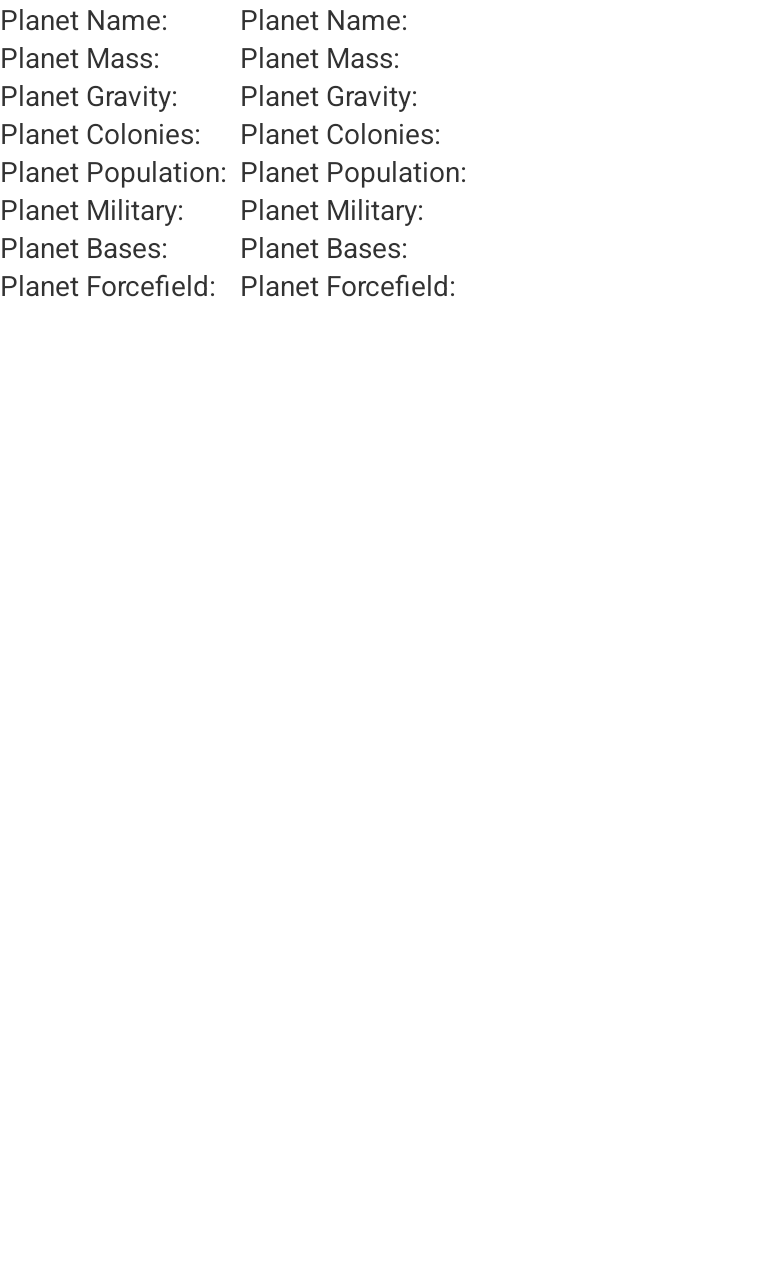
Repository: blender-head/android_basic
Layout: Hello_World/res/layout/activity_main.xml
An editor plug-in stored every save of this project. The layout is shown before and after the next save, followed by the edit.
It is drawn on a 768 x 1280 px phone screen (xhdpi) without system bars, with theme AppTheme; the app's code is not run. The app's manifest (not shown) leaves right-to-left support off. So textAlignment, textDirection and layoutDirection are ignored, and left and right values win over start and end ones.

Above is the layout before, as saved 2013-12-31 16:54:27.

### Hello_World/res/layout/activity_main.xml
<RelativeLayout xmlns:android="http://schemas.android.com/apk/res/android"
    xmlns:tools="http://schemas.android.com/tools"
    android:layout_width="match_parent"
    android:layout_height="match_parent"
    tools:context=".MainActivity" >

    <!-- Planet Name label -->
	<TextView
        android:id="@+id/textView1"
        android:layout_width="wrap_content"
        android:layout_height="wrap_content"
        android:text="@string/planet_name_label" />

	<!-- Planet Name data -->
	<TextView
        android:id="@+id/dataView1"
        android:layout_toRightOf="@+id/textView1"
        android:layout_marginLeft="36dip"
        android:layout_width="wrap_content"
        android:layout_height="wrap_content"
        android:text="@string/planet_name_label" />

	<!-- Planet Mass label -->
	<TextView
        android:id="@+id/textView2"
        android:layout_below="@+id/textView1"
        android:layout_width="wrap_content"
        android:layout_height="wrap_content"
        android:text="@string/planet_mass_label" />

	<!-- Planet Gravity label -->
	<TextView
        android:id="@+id/textView3"
        android:layout_below="@+id/textView2"
        android:layout_width="wrap_content"
        android:layout_height="wrap_content"
        android:text="@string/planet_gravity_label" />

	<!-- Planet Colonies label -->
	<TextView
        android:id="@+id/textView4"
        android:layout_below="@+id/textView3"
        android:layout_width="wrap_content"
        android:layout_height="wrap_content"
        android:text="@string/planet_colonies_label" />

	<!-- Planet Poulation label -->
	<TextView
        android:id="@+id/textView5"
        android:layout_below="@+id/textView4"
        android:layout_width="wrap_content"
        android:layout_height="wrap_content"
        android:text="@string/planet_population_label" />

	<!-- Planet Military label -->
	<TextView
        android:id="@+id/textView6"
        android:layout_below="@+id/textView5"
        android:layout_width="wrap_content"
        android:layout_height="wrap_content"
        android:text="@string/planet_military_label" />

	<!-- Planet Military data -->
	<TextView
        android:id="@+id/dataView6"
        android:layout_toRightOf="@+id/textView6"
        android:layout_alignStart="@+id/dataView1"
        android:layout_below="@+id/dataView5"
        android:layout_width="wrap_content"
        android:layout_height="wrap_content"
        android:text="@string/planet_military_label" />

	<!-- Planet Base label -->
	<TextView
        android:id="@+id/textView7"
        android:layout_below="@+id/textView6"
        android:layout_width="wrap_content"
        android:layout_height="wrap_content"
        android:text="@string/planet_bases_label" />

	<!-- Planet Base data -->
	<TextView
        android:id="@+id/dataView7"
        android:layout_toRightOf="@+id/textView7"
        android:layout_alignStart="@+id/dataView1"
        android:layout_below="@+id/dataView6"
        android:layout_width="wrap_content"
        android:layout_height="wrap_content"
        android:text="@string/planet_bases_label" />

	<!-- Planet Force Field label -->
	<TextView
        android:id="@+id/textView8"
        android:layout_below="@+id/textView7"
        android:layout_width="wrap_content"
        android:layout_height="wrap_content"
        android:text="@string/planet_forcefield_label" />

	<!-- Planet Force Field data -->
	<TextView
        android:id="@+id/dataView8"
        android:layout_toRightOf="@+id/textView8"
        android:layout_alignStart="@+id/dataView1"
        android:layout_below="@+id/dataView7"
        android:layout_width="wrap_content"
        android:layout_height="wrap_content"
        android:text="@string/planet_forcefield_label" />

	<!-- Planet Mass data -->
	<TextView
	    android:id="@+id/dataView2"
	    android:layout_width="wrap_content"
	    android:layout_height="wrap_content"
	    android:layout_alignBaseline="@+id/textView2"
	    android:layout_alignBottom="@+id/textView2"
	    android:layout_alignLeft="@+id/dataView1"
	    android:layout_alignStart="@+id/dataView1"
	    android:text="@string/planet_mass_label" />

	<!-- Planet Gravity data -->
	<TextView
	    android:id="@+id/dataView3"
	    android:layout_width="wrap_content"
	    android:layout_height="wrap_content"
	    android:layout_above="@+id/textView4"
	    android:layout_alignLeft="@+id/dataView2"
	    android:layout_alignStart="@+id/dataView1"
	    android:text="@string/planet_gravity_label" />

	<!-- Planet Colonies data -->
	<TextView
	    android:id="@+id/dataView4"
	    android:layout_width="wrap_content"
	    android:layout_height="wrap_content"
	    android:layout_alignBaseline="@+id/textView4"
	    android:layout_alignBottom="@+id/textView4"
	    android:layout_alignLeft="@+id/dataView3"
	    android:layout_alignStart="@+id/dataView1"
	    android:text="@string/planet_colonies_label" />

	<!-- Planet Population data -->
	<TextView
        android:id="@+id/dataView5"
        android:layout_toRightOf="@+id/textView5"
        android:layout_alignStart="@+id/dataView1"
        android:layout_below="@+id/dataView4"
        android:layout_width="wrap_content"
        android:layout_height="wrap_content"
        android:text="@string/planet_population_label" />

</RelativeLayout>

### Hello_World/res/values/strings.xml
<?xml version="1.0" encoding="utf-8"?>
<resources>

    <string name="app_name">Hello_World</string>
    <string name="action_settings">Settings</string>
    <string name="hello_world">Hello world!</string>

    <string name="planet_name_label">Planet Name: </string>
	<string name="planet_mass_label">Planet Mass: </string>
	<string name="planet_gravity_label">Planet Gravity: </string>
	<string name="planet_colonies_label">Planet Colonies: </string>
	<string name="planet_population_label">Planet Population: </string>
	<string name="planet_military_label">Planet Military: </string>
	<string name="planet_bases_label">Planet Bases: </string>
	<string name="planet_forcefield_label">Planet Forcefield: </string>

</resources>

Loaded but not shown: Hello_World/res/values/styles.xml (common file); Hello_World/res/values-v11/styles.xml (common file); Hello_World/res/values-v14/styles.xml (common file)

After the next save:
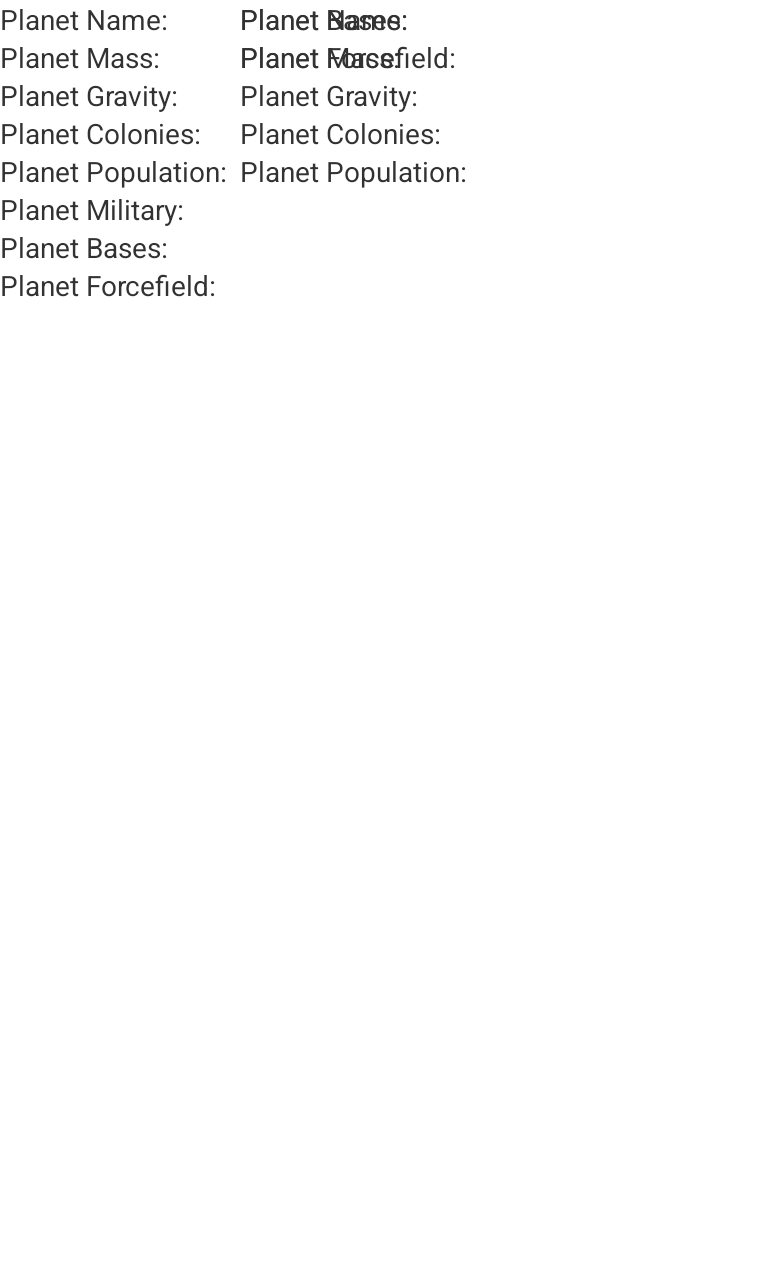
Saved 12 s later.
--- a/Hello_World/res/layout/activity_main.xml
+++ b/Hello_World/res/layout/activity_main.xml
@@ -56,16 +56,6 @@
 	<TextView
         android:id="@+id/textView6"
         android:layout_below="@+id/textView5"
-        android:layout_width="wrap_content"
-        android:layout_height="wrap_content"
-        android:text="@string/planet_military_label" />
-
-	<!-- Planet Military data -->
-	<TextView
-        android:id="@+id/dataView6"
-        android:layout_toRightOf="@+id/textView6"
-        android:layout_alignStart="@+id/dataView1"
-        android:layout_below="@+id/dataView5"
         android:layout_width="wrap_content"
         android:layout_height="wrap_content"
         android:text="@string/planet_military_label" />

After the save that followed:
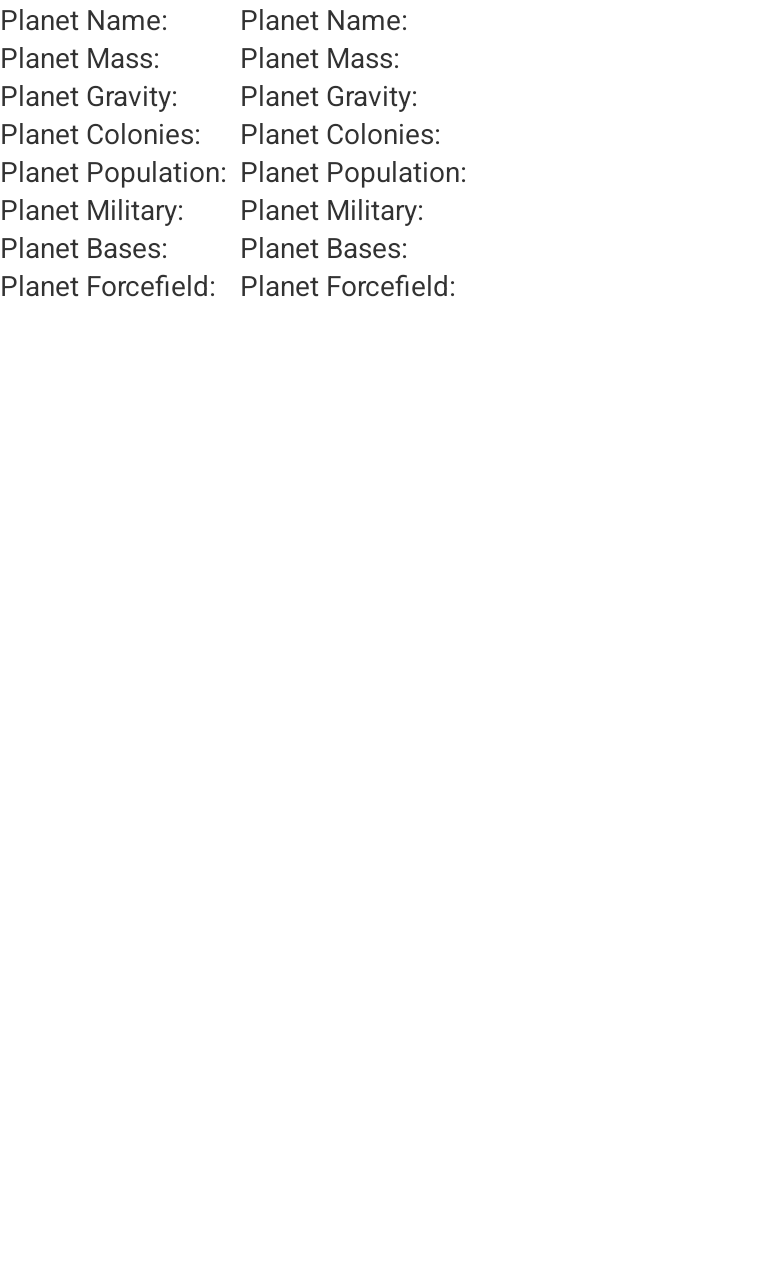
Saved 5 s later.
--- a/Hello_World/res/layout/activity_main.xml
+++ b/Hello_World/res/layout/activity_main.xml
@@ -138,4 +138,14 @@
         android:layout_height="wrap_content"
         android:text="@string/planet_population_label" />
 
+	<!-- Planet Military data -->
+	<TextView
+        android:id="@+id/dataView6"
+        android:layout_toRightOf="@+id/textView6"
+        android:layout_alignStart="@+id/dataView1"
+        android:layout_below="@+id/dataView5"
+        android:layout_width="wrap_content"
+        android:layout_height="wrap_content"
+        android:text="@string/planet_military_label" />
+
 </RelativeLayout>
